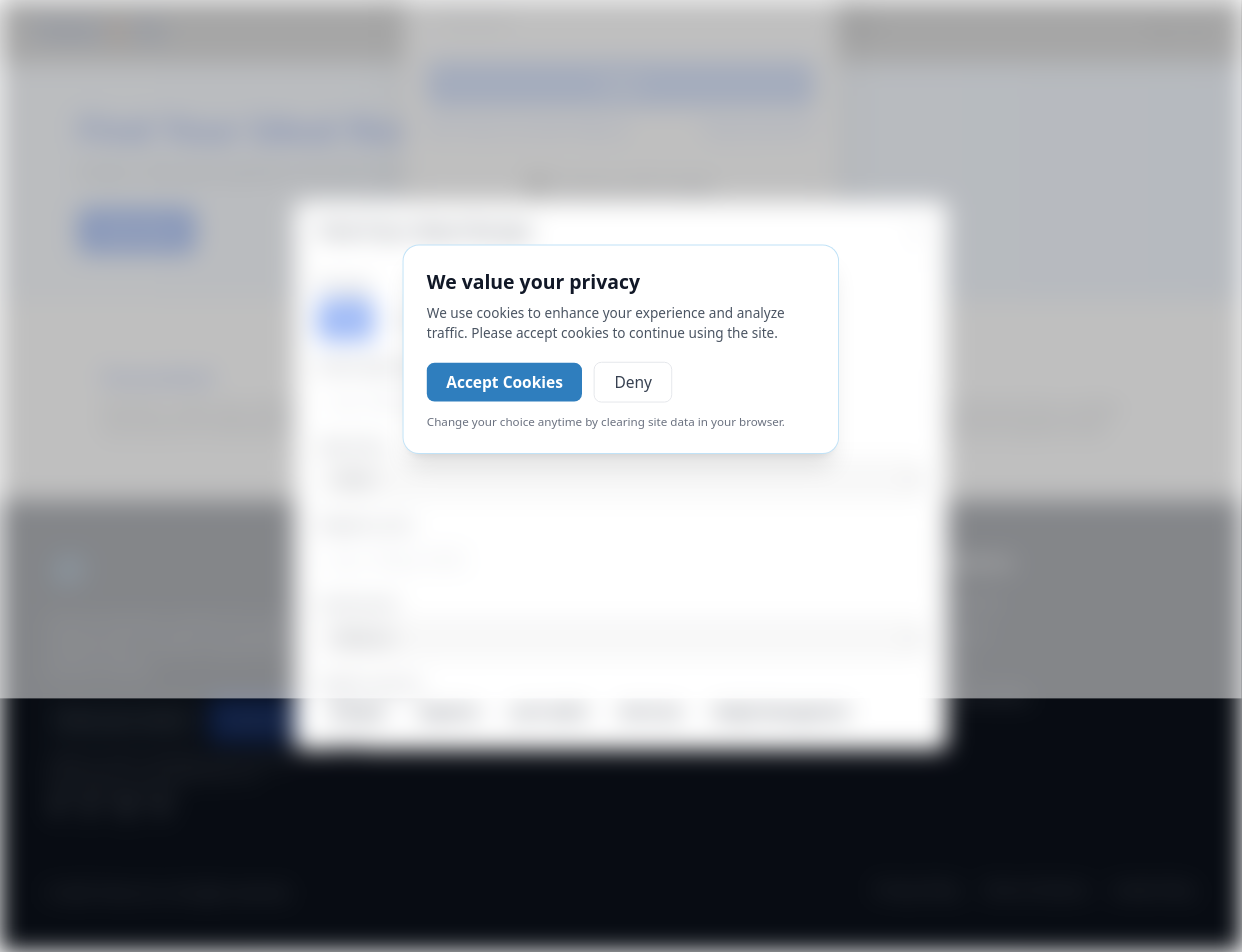
Repository: sailochan19171/tinku-co-pet-nutrition-website-
Page: /find-recipe (app in project/), after clicking the first element matching `button[aria-label="Login or Sign up"]`
These files come from the project's save history. The page is drawn as it stood at one moment and after the next save; the edit follows.
The browser window is 1280 px wide. The pictures show the whole page, at 97% of full size.
Pictures or frames that could not be fetched are drawn as grey boxes. The page's requests for data from a server got no answer. An inner scrolling area shows only its first screen. The project was rebuilt for these pictures with package versions that can differ from the ones it lists, and the page was loaded fresh each time. No one was signed in, and anything a server would have sent is missing. Also part of the build but not shown: project/vite.config.ts, project/src/components/Hero.tsx, project/src/components/ProductCategories.tsx, project/src/components/Muscles.tsx, project/src/components/HealthBenefits.tsx, project/src/components/NutritionScience.tsx, project/src/components/NutritionGuide.tsx, project/src/components/AboutUs.tsx and 5 more.

Above is the page before, as saved 2025-09-14 13:05:16.

After the next save:
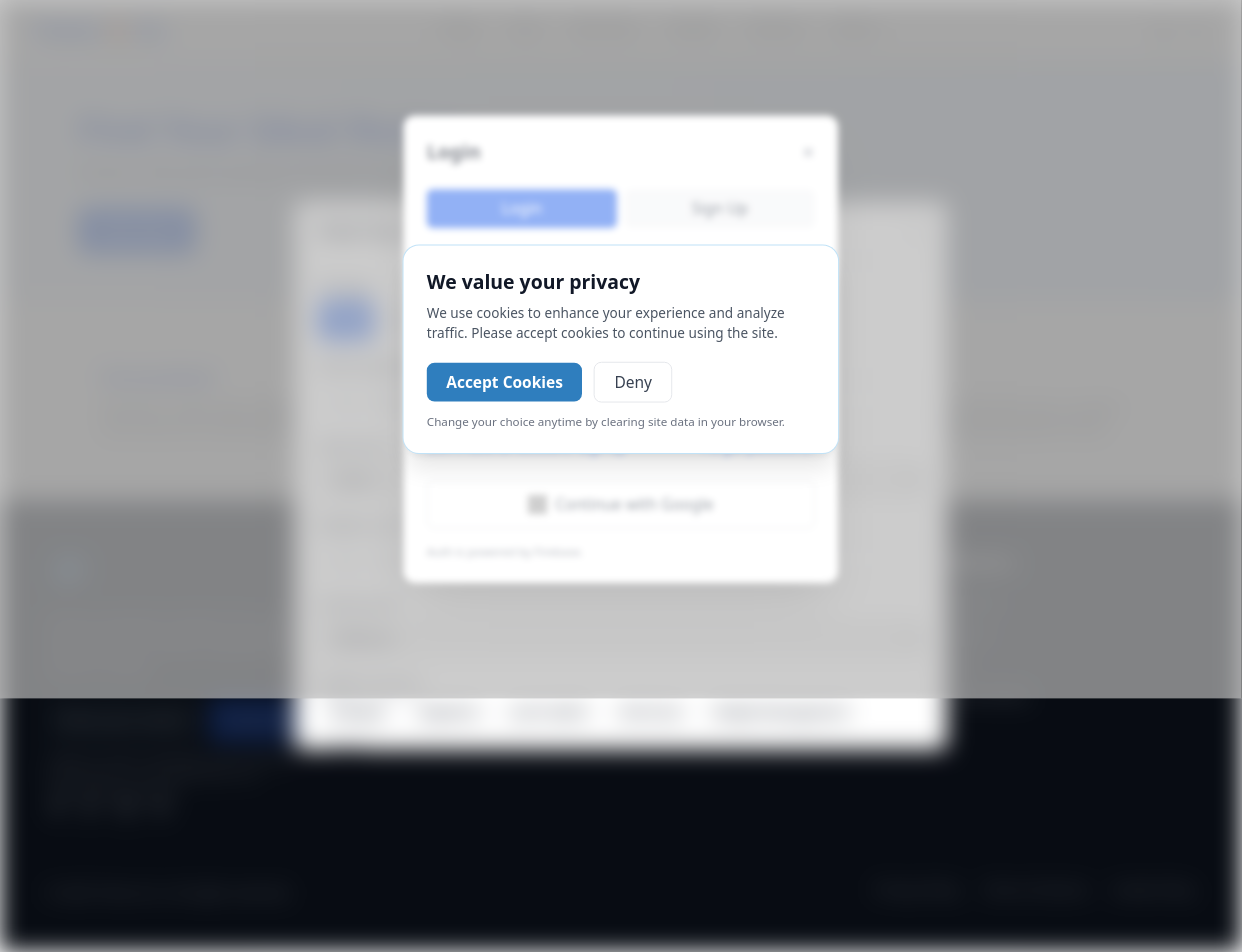
Saved 11 min 29 s later.
--- a/project/src/components/AuthModal.tsx
+++ b/project/src/components/AuthModal.tsx
@@ -1,4 +1,5 @@
 import React, { useEffect, useMemo, useState } from 'react';
+import { createPortal } from 'react-dom';
 import {
   auth,
   provider,
@@ -134,7 +135,7 @@ const AuthModal: React.FC<AuthModalProps> = ({ open, onClose, onAuthSuccess }) =
 
   if (!open) return null;
 
-  return (
+  return createPortal(
     <div className="fixed inset-0 z-[100] flex items-center justify-center bg-black/40 p-4">
       <div className="bg-white rounded-xl shadow-2xl w-full max-w-md p-6 max-h-[90vh] overflow-auto">
         <div className="flex justify-between items-center mb-4 sticky top-0 bg-white pb-2">
@@ -251,7 +252,8 @@ const AuthModal: React.FC<AuthModalProps> = ({ open, onClose, onAuthSuccess }) =
           Auth is powered by Firebase.
         </p>
       </div>
-    </div>
+    </div>,
+    document.body
   );
 };
 
